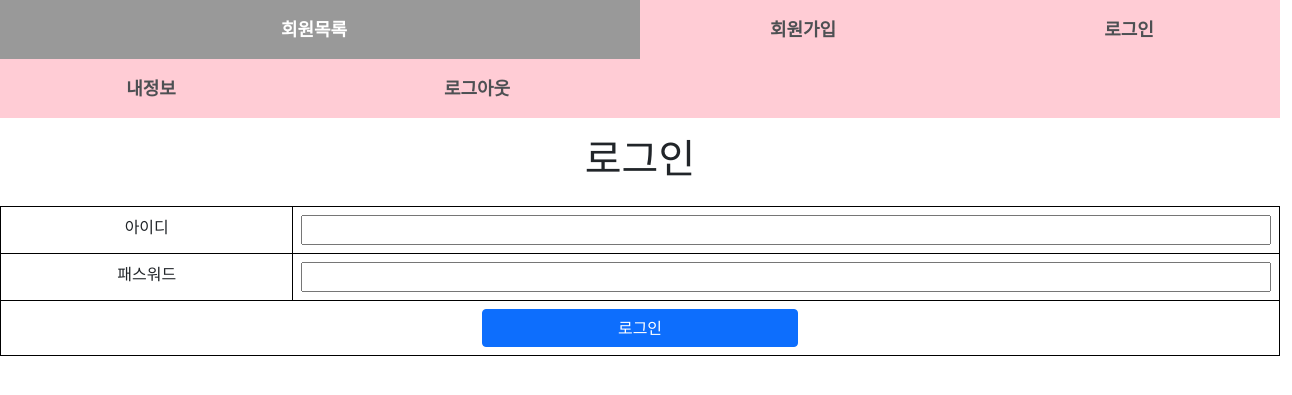
Repository: pyeonm30/PYMjspWorkspace
Page: http://localhost/MemberMVC1/02_memberLogin.jsp
These files come from the project's save history. The page is drawn as it stood at one moment and after the next save; the edit follows.
The browser window is 1280 px wide. The page is 1292 px wide, so the pictures cover 1292 px, including what lies to the right of the window. The pictures show the whole page.
The page is served by Tomcat 10. Other server files are loaded and not shown.

Above is the page before, as saved 2024-02-02 08:52:52.

### MemberMVC1/src/main/webapp/02_memberLogin.jsp
<%@ page language="java" contentType="text/html; charset=UTF-8"
    pageEncoding="UTF-8"%>
<%@ include file= "header.jsp" %>
<h1 class="py-3"> 로그인 </h1>

<form action="02_memberLoginPro.jsp" method="post">
<table class="table table-bordered">
  <tr>
    <td>아이디</td>
    <td><input class="col-12" type="text" name="id"/></td>
  </tr>
  <tr>
    <td>패스워드</td>
    <td><input class="col-12" type="password" name="pw"/></td>
  </tr>
  <tr>
    <td colspan="2" align="center">
      <input type="submit" value="로그인" class="col-3 btn btn-primary"/>
    </td>
  </tr>
</table>
</body>
</html>

### MemberMVC1/src/main/webapp/header.jsp
<%@ page language="java" contentType="text/html; charset=UTF-8"
    pageEncoding="UTF-8"%>
<!DOCTYPE html>
<html>
<head>
<meta charset="UTF-8">
<title>Insert title here</title>
<link href="https://cdn.jsdelivr.net/npm/bootstrap@5.0.2/dist/css/bootstrap.min.css" rel="stylesheet" integrity="sha384-EVSTQN3/azprG1Anm3QDgpJLIm9Nao0Yz1ztcQTwFspd3yD65VohhpuuCOmLASjC" crossorigin="anonymous">
<link rel="stylesheet" type="text/css" href="./css/style.css" />
</head>
<body>

<header>
	<div class ="row">
		<div class="w-50 py-3"> 회원목록 </div>
		<div class="w-25 py-3"> 회원가입 </div>
		<div class="w-25 py-3"> 로그인 </div>
		<div class="w-25 py-3"> 내정보 </div>
		<div class="w-25 py-3"> 로그아웃 </div>
	</div>
</header>

### MemberMVC1/src/main/webapp/css/style.css
@charset "UTF-8";
*{

	text-align: center;
}

html, body {
   width: 100%;
   height: 100%;
}

header{
	background: pink;
	opacity: 0.8;
	font-size:18px;
	font-weight: 600;
}

header div :hover{

	background: gray;
	color: white;
	cursor: pointer;

}

input {
	text-align: left;
}


.left{
	text-align: left;
}

tr{
	border: 1px solid black;
}

After the next save:
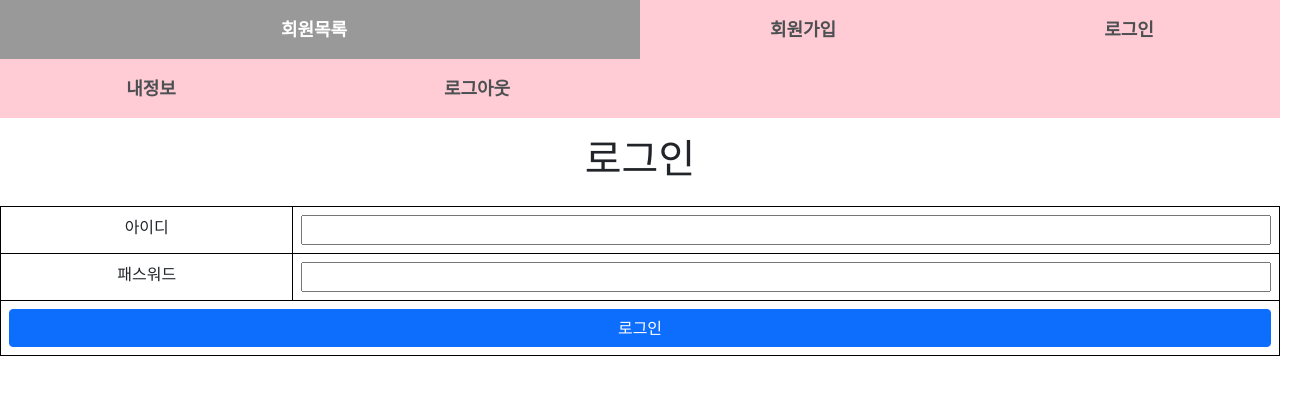
Saved 108 s later.
--- a/MemberMVC1/src/main/webapp/02_memberLogin.jsp
+++ b/MemberMVC1/src/main/webapp/02_memberLogin.jsp
@@ -15,7 +15,7 @@
   </tr>
   <tr>
     <td colspan="2" align="center">
-      <input type="submit" value="로그인" class="col-3 btn btn-primary"/>
+      <input type="submit" value="로그인" class="col-12 btn btn-primary"/>
     </td>
   </tr>
 </table>

After the save that followed:
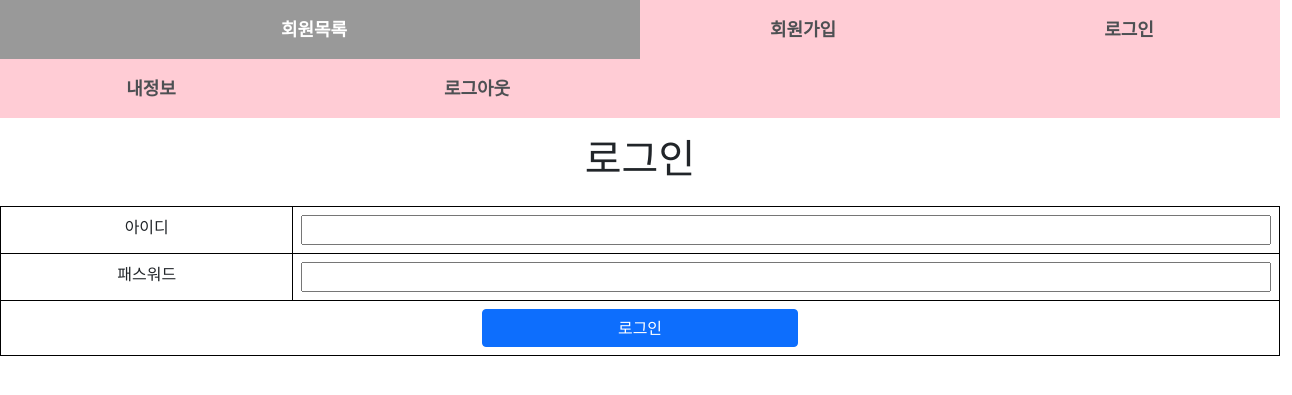
Saved 7 s later.
--- a/MemberMVC1/src/main/webapp/02_memberLogin.jsp
+++ b/MemberMVC1/src/main/webapp/02_memberLogin.jsp
@@ -15,7 +15,7 @@
   </tr>
   <tr>
     <td colspan="2" align="center">
-      <input type="submit" value="로그인" class="col-12 btn btn-primary"/>
+      <input type="submit" value="로그인" class="col-3 btn btn-primary"/>
     </td>
   </tr>
 </table>
